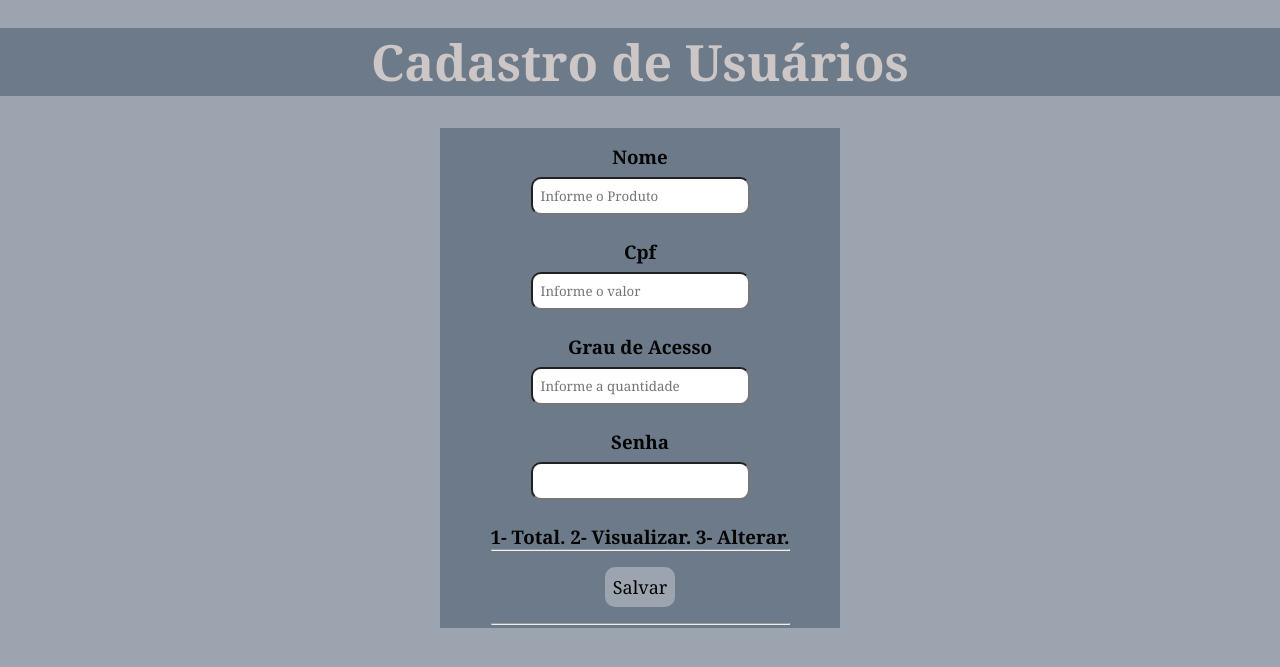
Repository: ArthurKJun/ProjetoCantinaEclipse
Page: http://localhost/arsan/cadastroUsuario.jsp
These files come from the project's save history. The page is drawn as it stood at one moment and after the next save; the edit follows.
The browser window is 1280 px wide. The pictures show the whole page.
The page is served by Tomcat 9. Other server files are loaded and not shown.

Above is the page before, as saved 2023-11-03 21:39:52.

### arsan/src/main/webapp/cadastroUsuario.jsp
<%@ page language="java" contentType="text/html; charset=ISO-8859-1"
	pageEncoding="ISO-8859-1"%>
<!DOCTYPE html>
<html>
<head>

<meta charset="ISO-8859-1">

<link rel="stylesheet" href="./Estilos/style.css">

<title>Cadastro de Usuários</title>

</head>
<body>

	<div class="container-geral-4">

		<h1>Cadastro de Usuários</h1>

		<div class="container-porta-cards-cad">



			<div class="inputs-cadastro">

				<form action="gravarProduto.jsp?editar=no" method="POST">

					<h3>Nome</h3>
					<input type="text" id="nome" name="nome"
						placeholder="Informe o Produto">
					<h3>Cpf</h3>
					<input type="text" id="preco" name="preco"
						placeholder="Informe o valor">
					<h3>Grau de Acesso</h3>
					<input type="number" id="quant" name="quantidade"
						placeholder="Informe a quantidade">
					<h3>Senha</h3>
					<input type="password" id="senha" name="senha">
					<h3>1- Total.  2- Visualizar. 3- Alterar.</h3>

					<hr>
					<button onclick="Validar()">Salvar</button>
					<hr>
				</form>

			</div>

		</div>

	</div>

	<script>

    function validar(){
    	event.preventDefault();

    	let nome = document.getElementById('nome')
    	if(nome.value == ''){
    		alert('Informe nome')
    		nome.focus()
    		return
    	}

    	let preco = document.getElementById('preco')
    	if(preco.value == ''){
    		alert('Informe valor do produto')
    		preco.focus()
    		return
    	}

    	let  quantidade = document.getElementById('quantidade')
    	if(quantidade.value == ''){
    		alert('Informe quantidade')
    		quantidade.focus()
    		return
    	}


    	document.getElementsByTagName('form')[0].submit()
    }

    </script>

</body>
</html>

### arsan/src/main/webapp/Estilos/style.css
*{
    margin: 0;
    padding: 0;
    box-sizing: border-box;
    font-family: Georgia;

}

body{
    display: flex;
    flex-wrap: wrap;
}

.container-geral{

    width: 100vw;
    height: 100vh;
    background: #6c7a89;
    display: flex;
    flex-direction: row;
    justify-content: center;
    align-items: center;

}
.logo-container{

    display: flex;
    position: absolute;
    top: 40%;
    flex-direction: column;
}

.logo-container img{
    padding: 1rem;
    border-radius: 50%;
    height: 400px;
}

#form-container{
    display: flex;
    position: absolute;
    flex-direction: column;
    flex-wrap: wrap;
    top: 5%;
}

#register-form{

    border: 2px solid white;
    padding: .7rem;
    align-items: center;
    display: flex;
    flex-direction: column;
    font-size: larger;
}

#register-form h3{
    margin-bottom: 20px;
}

#register-form input{

    padding: 0.8rem 0.6rem;
    border: none;
    border-radius: 5px;
    margin-bottom: 10px;
}

#register-form input[type="submit"]{
    background-color: transparent;
    color: #fff;
    border: 2px solid #fff;
    font-size: 1.1rem;
    font-weight: bold;
    cursor: pointer;
    transition: .4s;
}

#register-form input[type="submit"]:hover{
    background-color: #fff;
    color: black;
}

/*---------------------------------------------------------*/
/* tela de entrada */

h1{
    background-color: #6c7a89;
    width: 100%;
    text-align: center;
    font-size: 50px;
    color: rgb(204, 198, 198);
}

.container-porta-cards{

    background-color: #475061;
    display: flex;
    width: 535px;
    height: 550px;
    border: 2px solid white;
    flex-wrap: wrap;
    align-items: center;
    padding: 1rem;
    margin-top: 2rem;

}

.card{

    background-color: #9ca5af;
    display: flex;
    padding: .5rem;
    margin: .5rem;
    width: 150px;
    height: 150px;
    border: 2px solid white;
    flex-direction: column;
    text-align: center;
    align-items: center;
    transition: .4s;

}

.container-porta-cards-2 :active{
    background-color: aqua;
}



.container-porta-cards :hover{

    background-color: #6c7a89;
    cursor: pointer;
}

.card img{

    margin-top: 10px;
    width: 100px;
    height: 100px;
    border-radius: 20%;
    transition: .4s;
}

#venda{

    width: 480px;
    height: 150px;
}

.container-geral-entrada{

    width: 100vw;
    height: calc(100vh + 200px);
    background: #9ca5af;
    display: flex;
    flex-direction: row;
    justify-content: center;


}

/* area de vendas */

.container-porta-cards-2{

    flex: 1.4;
    background-color: #475061;
    border: 2px solid white;
    flex-wrap: wrap;
    align-items: center;
    padding: 1rem;
    display: flex;
}

.container-porta-cards-2 :hover{

    background-color: #6c7a89;
    cursor: pointer;
}

.container-lista-vendas{
    height: 36.9rem;
    margin-right: 2rem;
    margin: 1rem;
    flex: 1;
    background-color: #475061;
    border: 2px solid white;
    flex-wrap: wrap;
    position: relative;
    padding: 1rem;
}

.container-geral-3{

    gap: 1rem;
    width: 100vw;
    height: 100vh;
    background: #9ca5af;
    display: flex;
    flex-direction: row;
    justify-content: center;
    align-items: center;

}

table{

    margin-top: 1rem;
    position: absolute;
    margin-left: 2rem;

}
table th {

    padding: .5rem;
    width: 200px;
    background-color: #6c7a89;
    border-radius: 10px;

}

table td{
    text-align: center;
    padding: 0.5rem;
    background-color: #6c7a89;
    border-radius: 10px;
}

.bExcluir{
    background-color: transparent;
}

.excluir{
    background-color: transparent;
    border-radius: 5px;
}

.excluir img{
    width: 1rem;
}

tfoot td{
    font-weight: bold;

}

/* tela cadastro cliente */

.container-geral-4{

    width: 100vw;
    height: 100vh;
    background: #9ca5af;
    flex-direction: column;
    justify-content: center;
    align-items: center;
    display: flex;

}

.inputs-cadastro{


    flex: 1;
    text-align: center;

}

.inputs-cadastro input{

    padding: 0.5rem;
    margin: 0.5rem;
    border-radius: 10px;

}

.inputs-cadastro h3{

    margin-top: 1rem;


}

.inputs-cadastro button{

    padding: 0.5rem;
    margin: 1rem;
    font-size: large;
    background-color: #9ca5af;
    border: none;
    border-radius: 10px;

}

.inputs-cadastro button:hover{

    background-color: #fff;
    color: black;
    cursor: pointer;
}

.inputButton:hover{

    background-color: #fff;
    color: black;
    cursor: pointer;
}

.container-porta-cards-cad{

    background-color: #6c7a89;
    width: 400px;
    height: 500px;
    color:#040405;
    justify-items: center;
    margin-top: 2rem;

}

.cliente{

    background-color: #9ca5af;
    margin: 1rem;
    border-radius: 5px;

}

a{
    text-decoration: none;
    color: #040405;
}

.container-geral-4 h1{

    margin-top: -4rem;

}

.produto{

    background-color: #9ca5af;
    margin: 1rem;
    border-radius: 5px;
}

.container-porta-cards-cad-fornecedor{

    background-color: #6c7a89;
    width: 400px;
    height: 500px;
    color:#040405;
    justify-items: center;
    margin-top: 1rem;
}

.inputs-cadastro-for{

    flex: 1;
    text-align: center;

}

.inputs-cadastro-for input{

    padding: 0.5rem;
    margin: 0.5rem;
    border-radius: 10px;
}

.inputs-cadastro-for button{

    padding: 0.5rem;
    margin: .5rem;
    font-size: large;
    background-color: #9ca5af;
    border: none;
    border-radius: 10px;

}

.inputs-cadastro-for button:hover{

    background-color: #fff;
    color: black;
    cursor: pointer;
}

.fornecedor{
    background-color: #9ca5af;
    margin: 1rem;
    border-radius: 5px;
}

After the next save:
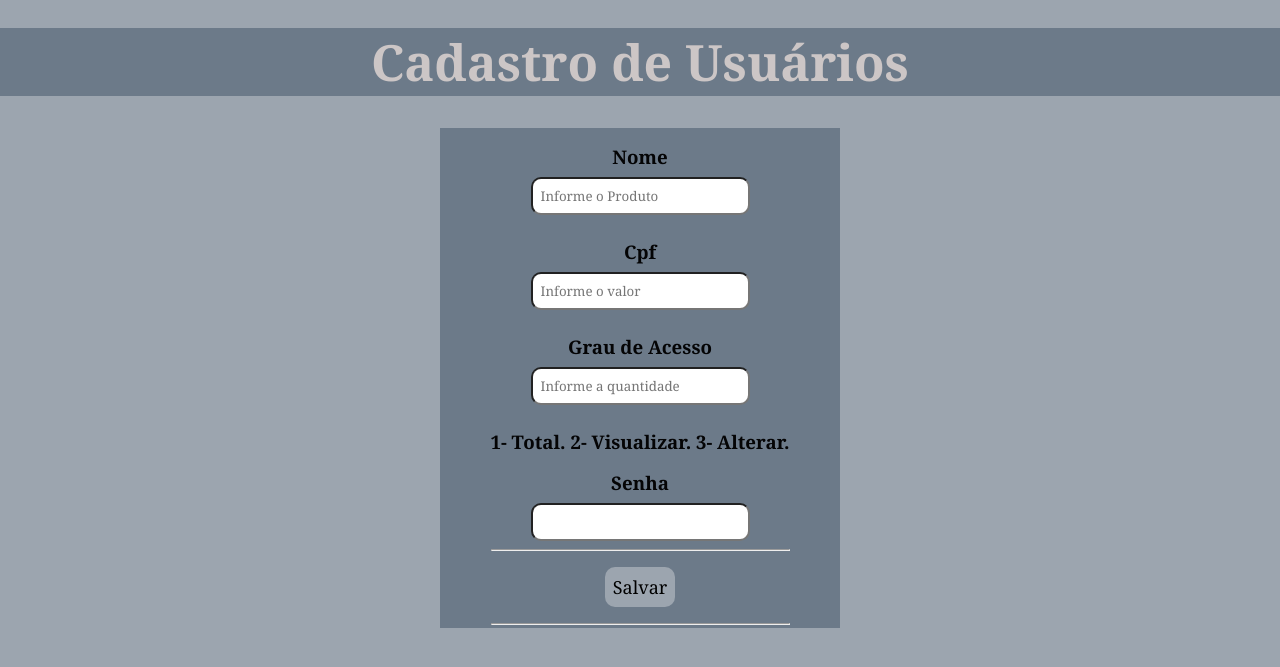
Saved 34 s later.
--- a/arsan/src/main/webapp/cadastroUsuario.jsp
+++ b/arsan/src/main/webapp/cadastroUsuario.jsp
@@ -34,9 +34,10 @@
 					<h3>Grau de Acesso</h3>
 					<input type="number" id="quant" name="quantidade"
 						placeholder="Informe a quantidade">
+					<h3>1- Total.  2- Visualizar. 3- Alterar.</h3>
 					<h3>Senha</h3>
 					<input type="password" id="senha" name="senha">
-					<h3>1- Total.  2- Visualizar. 3- Alterar.</h3>
+
 
 					<hr>
 					<button onclick="Validar()">Salvar</button>
